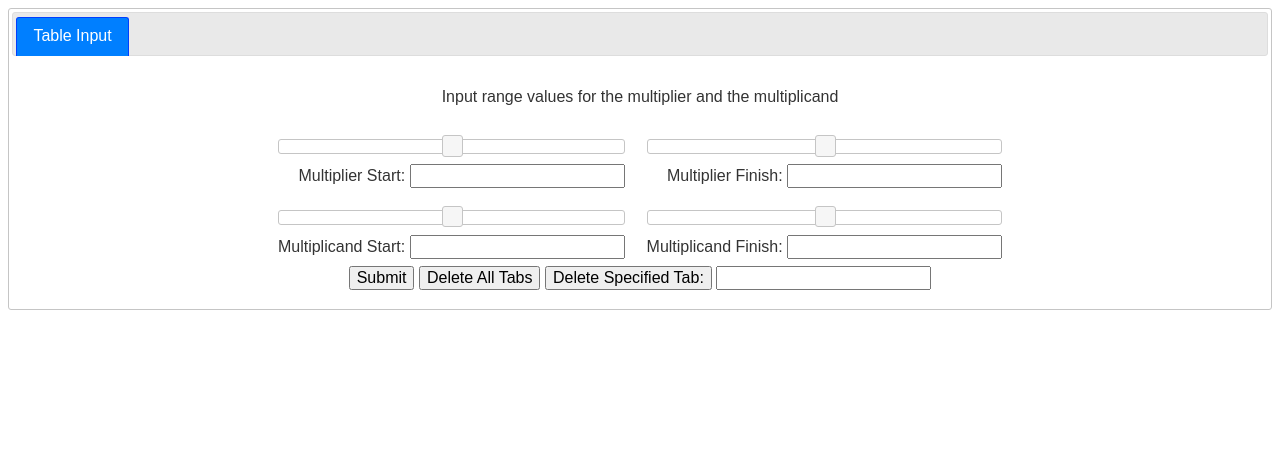
Repository: khrasna/HW4Part2
Page: index.html
An editor plug-in stored every save of this project. The page is shown before and after a run of saves, followed by the edit.
The browser window is 1280 px wide. The pictures show the whole page.
Some web libraries are served in a nearby version.

Above is the page before, as saved 2021-11-22 16:33:32.

### index.html
<!-- HTML file for Assignment 3
By Karsten Hrasna  email Karsten_Hrasna@student.uml.edu-->
<!DOCTYPE html>
<html>

<head>
    <title>Multiplication Table</title>
    <link rel="stylesheet" href="style.css">
    <script type="text/javascript" src="https://ajax.googleapis.com/ajax/libs/jquery/3.5.1/jquery.min.js"></script>
    <script type="text/javascript" src="dist/jquery.validate.min.js"></script>
    <script type="text/javascript" src="formvalidate.js"></script>
    <script type="text/javascript"
        src="https://ajax.googleapis.com/ajax/libs/jqueryui/1.11.4/jquery-ui.min.js"></script>
    <link rel="stylesheet" href="https://ajax.googleapis.com/ajax/libs/jqueryui/1.11.4/themes/smoothness/jquery-ui.css">
</head>

<body>

    <div id="tabs">
        <ul>
            <li><a href='#tab1'>Table Input</a></li>
        </ul>
        <div id="tab1">
            <div id="row1">
                <p>Input range values for the multiplier and the multiplicand</p>
                <!-- Learned from W3schools. Creates a form which takes number ranges for multiplier and multiplicand. -->
                <form id="FormInput" action="javascript:void(0);" method="get">
                    <!--Learned about javascript:void(0) from Dutchie432 at https://stackoverflow.com/questions/1818249/form-with-no-action-and-where-enter-does-not-reload-page-->
                    <table>
                        <tr>

                            <td class="pad">
                                <div id="slider-1" class="refresh"></div>
                                Multiplier Start: <input input="text" class="refresh" name="MultiplierStart">
                            </td>

                            <td>
                                <div id="slider-2" class="refresh"></div>
                                Multiplier Finish: <input type="text" class="refresh" name="MultiplierFinish">
                            </td>
                        </tr>
                        <tr>
                            <td class="pad">
                                <div id="slider-3" class="refresh"></div>
                                Multiplicand Start: <input type="text" class="refresh" name="MultiplicandStart">
                            </td>

                            <td>
                                <div id="slider-4" class="refresh"></div>
                                Multiplicand Finish: <input type="text" class="refresh" name="MultiplicandFinish">
                            </td>
                        </tr>
                    </table>
                    <input type="submit" value="Submit">
                    <input type="button" name="clear" value="Delete All Tabs">
                    <input type="button" name="clearx" value="Delete Specified Tab:">
                    <input type="text" name="clearinput">
                    <!--goes directly under form and processes the input to create a mult table-->
                </form>
            </div>
        </div>
    </div>


</body>

</html>

### style.css
/*Created by Karsten Hrasna. email: Karsten_Hrasna@student.uml.edu*/
html,
body {
    height: 97%;
    text-align: center;
}

#slider-1,
#slider-2,
#slider-3,
#slider-4 {
    margin-bottom: 10px;
    margin-top: 10px;
}

div#tab1 {
    display: grid;
    grid-template-columns: auto;
    /* top row of grid holds the form for input, the rest of page holds the multiplication table*/
    grid-template-rows: 20% 20% 20% 20% 20%;
    height: 97%;
}


#multTable {
    margin: auto;
    border-collapse: separate;
    border-spacing: 0;
    /*the dynamically sized multiplication table */
    margin-top: 0px;
    border-bottom: 0px;
    grid-row: 2;

}

input[type=submit] {
    /* submit button under form spaced here */
    margin-top: 0px;
    margin-bottom: 0px;
}

#multTable td,
th {
    border: solid;
    border-color: black;
    min-width: 70px;
    font-size: 30px;
    height: 70px;
}


#multTable th {
    position: sticky;
    top: 0px;
    border-right: solid;
    border-right-color: white;
    border-bottom: solid;
    border-bottom-color: white;
    background-color: black;
    color: white;

}

#multTable th:first-child {
    position: sticky;
    top: 70px;
    left: 0;
}


.sticky {
    position: fixed;
    top: 0px;
    /* get the headers to stay fixed on mult table */
    width: 100%;
}

#multTable tr:first-child th:first-child {
    border: none;
    background-color: white;
}

#multTable p.inputError {
    margin: 0px;
}

form {
    margin-bottom: 0px;
}

table {
    margin-left: auto;
    margin-right: auto;
}

form td {
    text-align: right;
    justify-content: right;
    padding: 5px;
    /*line up the input form textboxes*/
}

form p {
    margin: 0px;
}

td.pad {
    padding-right: 15px;
}

### formvalidate.js
var tabs;

$(function () {
    $("#tabs").tabs();

    $("#slider-1").slider({
        min: -50, //initialize the four sliders to set the values of their respective input boxes
        max: 50,
        slide: function (event, ui) {
            $('input[name="MultiplierStart"]').val(ui.value);
        }
    });
    $("#slider-2").slider({
        min: -50,
        max: 50,
        slide: function (event, ui) {
            $('input[name="MultiplierFinish"]').val(ui.value);
        }
    });
    $("#slider-3").slider({
        min: -50,
        max: 50,
        slide: function (event, ui) {
            $('input[name="MultiplicandStart"]').val(ui.value);
        }
    });
    $("#slider-4").slider({
        min: -50,
        max: 50,
        slide: function (event, ui) {
            $('input[name="MultiplicandFinish"]').val(ui.value);
        }
    });

    $('input[name="MultiplierStart"]').on('keyup', function () { //if the input boxes values are changed, set the slider to that value
        $("#slider-1").slider("option", "value", $('input[name="MultiplierStart"]').val());
    });

    $('input[name="MultiplierFinish"]').on('keyup', function () {
        $("#slider-2").slider("option", "value", $('input[name="MultiplierFinish"]').val());
    });

    $('input[name="MultiplicandStart"]').on('keyup', function () {
        $("#slider-3").slider("option", "value", $('input[name="MultiplicandStart"]').val());
    });

    $('input[name="MultiplicandFinish"]').on('keyup', function () {
        $("#slider-4").slider("option", "value", $('input[name="MultiplicandFinish"]').val());
    });


    $.validator.addMethod("less", function (value, element, params) {
        if (params[0].value == "") {
            return true; // dont want it to say that the start has to be greater than finish if no finish given. instead it will say to give finish value in other error
        } else {
            return this.optional(element) || +value <= +params[0].value;

        } //checks to make sure that the starts are less than the finishes, learned from
    }); // https://jqueryvalidation.org/jQuery.validator.addMethod/

    $.validator.addMethod("checkval", function (value, element) {
        if (value == "") {
            return true; // dont want it to say that the start has to be greater than finish if no finish given. instead it will say to give finish value in other error
        } else {
            return this.optional(element) || +value > 1;

        } //checks to make sure that the starts are less than the finishes, learned from
    });


    $("#FormInput").validate({
        //this makes it so the validator updates the error messages whenever new input is typed.
        //learned about onkeyup at https://www.sitepoint.com/jquery-validation-validate-form-submit/
        rules: {
            MultiplierStart: {
                range: [-50, 50],
                less: $('input[name="MultiplierFinish"]'),
                required: true

            },
            MultiplierFinish: { //rules for form input. makes sure the numbers are in range, and that the fields have input in them.
                required: true,
                range: [-50, 50]
            },

            MultiplicandStart: {
                range: [-50, 50],
                less: $('input[name="MultiplicandFinish"]'),
                required: true
            },

            MultiplicandFinish: {
                range: [-50, 50],
                required: true
            }
        },

        messages: {
            MultiplierStart: {
                required: "Multiplier Start must be a digit between -50 and 50",
                range: "The range of Multiplier Start must stay within -50 and 50",
                less: "The value of Multiplier Start must be less than or equal to Multiplier Finish."
            },

            MultiplierFinish: {
                required: "Multiplier Finish must be a digit between -50 and 50",
                range: "The range of Multiplier Finish must stay within -50 and 50",
            },

            MultiplicandStart: {
                required: "Multiplicand Start must be a digit between -50 and 50",
                range: "The range of Multiplicand Start must stay within -50 and 50",
                less: "The value of Multiplicand Start must be less than or equal to Multiplicand Finish."
            },

            MultiplicandFinish: {
                required: "Multiplicand Finish must be a digit between -50 and 50",
                range: "The range of Multiplicand Finish must stay within -50 and 50",
            }


        },

        errorPlacement: function (error, element) {
            $(error).appendTo($(('#FormInput'))); //place the errors below the form
        },
        errorElement: "p"

    });

    $(".refresh").on("input", function () {
        processHere();
    });

    $(".refresh").on("slide", function () {
        processHere();
    });


    $('input[type="submit"]').on('click', function () { //check if form is valid and process table if true
        $('input[name="clearinput"]').rules('remove');
        if ($("#FormInput").valid()) {
            process();
        }
    });



    $('input[name="clear"]').on("click", function () { //clear all tabs except main tab
        for (var i = 2; i <= tabs; i++) {
            $("#tabs").find("li:not(:first)").remove();
            $("#tabs").tabs('refresh');
        }
        tabs = 1;
    });

    $('input[name="clearx"]').on("click", function () { //clear a specified tab with a range of 2 - number of tabs
        console.log(tabs);
        console.log($("#FormInput").validate().settings.rules);
        $('input[name="clearinput"]').rules('add', {
            digits: true,
            required: true,
            range: [2, tabs],
            checkval: true,

            messages: {
                digits: "Please make your specified tab to be deleted contain only numbers within the indicated range.",
                range: "Please choose a tab between 2 and " + tabs,
                checkval: "Please enter a tab value which is greater than 1.",
                required: "Please enter a value for the Delete Specified Tab value."
            }
        });

        if ($('input[name="clearinput"]').valid()) { //if the specified tab to be removed is valid then remove it
            var removetab = $('input[name="clearinput"]').val();
            $("#tabs").find("li:nth-child(" + removetab + ")").remove();
            $("#tabs").tabs('refresh');

            if (tabs > 1) {
                tabs -= 1;
            }
        }

    })

});

function processHere() {
    var multStart = $('input[name="MultiplierStart"]').val();
    var multFinish = $('input[name="MultiplierFinish"]').val();
    var multiplicandStart = $('input[name="MultiplicandStart"]').val();
    var multiplicandFinish = $('input[name="MultiplicandFinish"]').val();

    //clear old table and create a table with size based on input given
    const rowVals = [];
    const colVals = []; //these will hold the values of the multiplier and multiplicand
    var rows = multFinish - multStart;
    var cols = multiplicandFinish - multiplicandStart;
    tabs = $("#tabs ul li").length + 1; //number of tabs, learned from https://stackoverflow.com/questions/14702631/in-jquery-ui-1-9-how-do-you-create-new-tabs-dynamically
    for (var i = 0; i <= cols; i++) {
        colVals[i] = (+multiplicandStart + +i); //save the values of the numbers being multiplied
    }
    for (var i = 0; i <= rows; i++) {
        rowVals[i] = (+multStart + +i);
    }
    var table = createTable(rows, cols, rowVals, colVals); //create table based on total rows and cols, and top and left are the sets of multipliers and multiplicands
    table.id = "multTable";

}

function process() {
    var multStart = $('input[name="MultiplierStart"]').val();
    var multFinish = $('input[name="MultiplierFinish"]').val();
    var multiplicandStart = $('input[name="MultiplicandStart"]').val();
    var multiplicandFinish = $('input[name="MultiplicandFinish"]').val();

    //clear old table and create a table with size based on input given
    const rowVals = [];
    const colVals = []; //these will hold the values of the multiplier and multiplicand
    var rows = multFinish - multStart;
    var cols = multiplicandFinish - multiplicandStart;
    tabs = $("#tabs ul li").length + 1; //number of tabs, learned from https://stackoverflow.com/questions/14702631/in-jquery-ui-1-9-how-do-you-create-new-tabs-dynamically
    for (var i = 0; i <= cols; i++) {
        colVals[i] = (+multiplicandStart + +i); //save the values of the numbers being multiplied
    }
    for (var i = 0; i <= rows; i++) {
        rowVals[i] = (+multStart + +i);
    }
    var table = createTable(rows, cols, rowVals, colVals); //create table based on total rows and cols, and top and left are the sets of multipliers and multiplicands
    table.id = "multTable";
    //adds list item to tab list with parameters as title
    $("#tabs ul").append("<li><a href='#tab" + tabs + "'>" + multStart + " " + multFinish + " " + multiplicandStart + " " + multiplicandFinish + "</a></li>");
    $("#tabs").append("<div id='tab" + tabs + "'></div>"); //also learned from https://stackoverflow.com/questions/14702631/in-jquery-ui-1-9-how-do-you-create-new-tabs-dynamically
    $("#tab" + tabs).append(table); //adds the table to a new tab
    $("#tabs").tabs("refresh");

}

function createTable(rows, cols, rowVals, colVals) {
    var t = document.createElement('table');
    for (var x = 0; x <= rows + 1; x++) { // rows and cols + 1 to indicate ranges of numbers
        var r = document.createElement('tr');
        t.appendChild(r);
        for (var y = 0; y <= cols + 1; y++) { //creates the cols of the table row by row
            if (y == 0) {
                var c = document.createElement('th'); //create and insert element based on position in table
                c.id = "topHeader";
                if (x != 0) {
                    c.innerHTML = rowVals[x - 1]; // - 1 because it is moved over 1 to the right
                }
            } else if (x == 0) {
                var c = document.createElement('th');
                if (y != 0) {
                    c.innerHTML = colVals[y - 1];
                }
            } else {
                var c = document.createElement('td');
                c.innerHTML = rowVals[x - 1] * colVals[y - 1];
                if (((y % 2) + (x % 2)) == 0 || ((y % 2) + (x % 2)) == 2) { // checker board effect
                    c.style.backgroundColor = "gray";
                }
            }
            r.appendChild(c);
        }
    }
    return t;
}

Loaded but not shown: dist/jquery.validate.min.js (library)

After the next 2 saves:
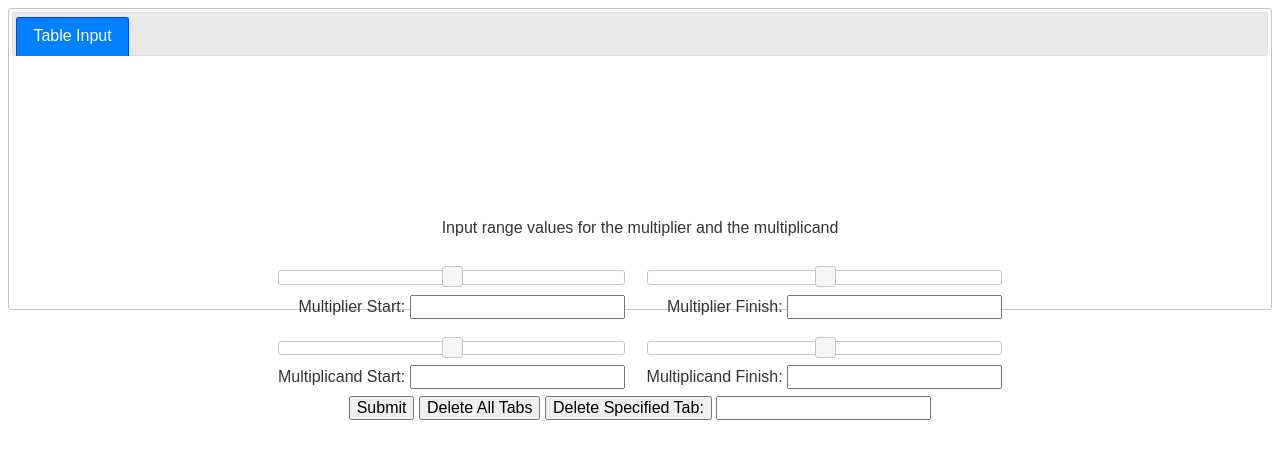
The 2 saves are shown as one change because they came seconds apart.
The last was saved 40 s later.
--- a/style.css
+++ b/style.css
@@ -21,6 +21,9 @@ div#tab1 {
     height: 97%;
 }
 
+div#row1 {
+    grid-row: 4;
+}
 
 #multTable {
     margin: auto;
